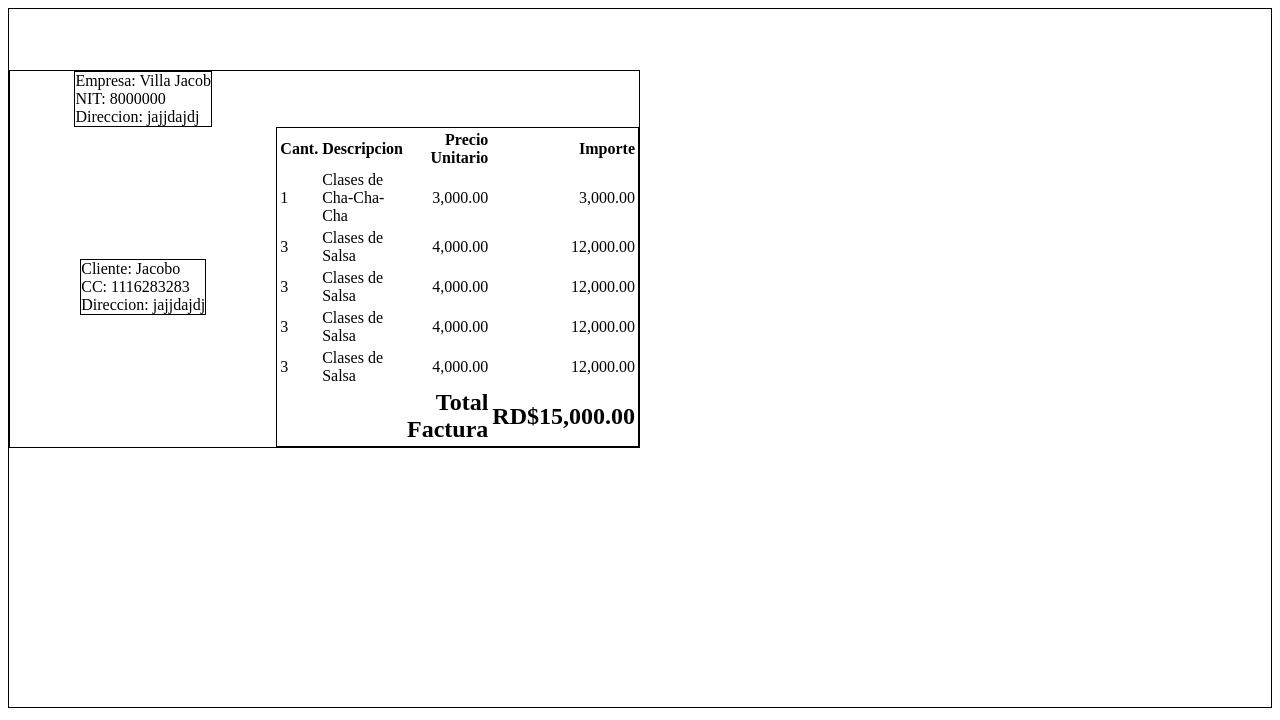
Repository: MrVanQish/FacturaEstructura
Page: index.html
These files come from the project's save history. The page is drawn as it stood at one moment and after the next save; the edit follows.
The browser window is 1280 px wide. The pictures show the whole page.

Above is the page before, as saved 2021-09-29 10:29:17.

### index.html
<!DOCTYPE html>
<html lang="en">
<head>
    <meta charset="UTF-8">
    <meta http-equiv="X-UA-Compatible" content="IE=edge">
    <meta name="viewport" content="width=device-width, initial-scale=1.0">
    <title>Document</title>
    <link rel="stylesheet" href="styles.css">
</head>
<body>

    <div class="wrapper">

        <div class="factura1">
                <div class="infoEmpresa-f">
                    Empresa: Villa Jacob
                    <br>
                    NIT: 8000000
                    <br>
                    Direccion: jajjdajdj
                </div>
                <div class="infoCliente-f">
                    Cliente: Jacobo
                    <br>
                    CC: 1116283283
                    <br>
                    Direccion: jajjdajdj
                </div>


                    <div class="items-f row my-5">
                        <table class="factura">
                          <thead>
                            <tr>
                              <th>Cant.</th>
                              <th>Descripcion</th>
                              <th>Precio Unitario</th>
                              <th>Importe</th>
                            </tr>
                          </thead>
                          <tbody>
                            <tr>
                              <td>1</td>
                              <td>Clases de Cha-Cha-Cha</td>
                              <td>3,000.00</td>
                              <td>3,000.00</td>
                            </tr>
                            <tr>
                              <td>3</td>
                              <td>Clases de Salsa</td>
                              <td>4,000.00</td>
                              <td>12,000.00</td>
                            </tr>
                            <tr>
                              <td>3</td>
                              <td>Clases de Salsa</td>
                              <td>4,000.00</td>
                              <td>12,000.00</td>
                            </tr>
                            <tr>
                              <td>3</td>
                              <td>Clases de Salsa</td>
                              <td>4,000.00</td>
                              <td>12,000.00</td>
                            </tr>
                            <tr>
                                <td>3</td>
                                <td>Clases de Salsa</td>
                                <td>4,000.00</td>
                                <td>12,000.00</td>
                              </tr>
                          </tbody>
                          <tfoot>
                            <tr>
                              <th></th>
                              <th></th>
                              <th>Total Factura</th>
                              <th>RD$15,000.00</th>
                            </tr>
                          </tfoot>
                        </table>
                        <div class="cond row"></div>
                      </div>

        </div>

    </div>









    </div>

</body>
</html>

### styles.css
@page {
    size: A4 landscape;
}

.factura {
  table-layout: fixed;
}

.factura > thead {
  border-top: solid 3px #000;
  border-bottom: 3px solid #000;
}

.factura > thead > tr > th:nth-child(2), .factura > tbod > tr > td:nth-child(2) {
  width: 300px;
}

.factura > thead > tr > th:nth-child(n+3) {
  text-align: right;
}

.factura > tbody > tr > td:nth-child(n+3) {
  text-align: right;
}

.factura > tfoot > tr > th, .factura > tfoot > tr > th:nth-child(n+3) {
  font-size: 24px;
  text-align: right;
}


.wrapper {
    height: 97vh;
    border: 1px solid #000;
    display: grid;
    grid-template-columns: 1fr 1fr;
    grid-template-rows: 500px;
    grid-template-areas:
      "f1 f2";
  }

  .factura1 {

    display: grid;
    grid-area: f1;
    align-self: center;
    justify-self: center;
    border: 1px solid #000;
    grid-template-columns: 1fr 1fr;
    grid-template-rows: 1fr;
    grid-template-areas:
      "infoEmpresa-f x"
      "infoCliente-f items-f"
  }


.infoEmpresa-f{

    grid-area: infoEmpresa-f;
    border: 1px solid #000;
    align-self: center;
    justify-self: center;

}

.infoCliente-f{
    grid-area: infoCliente-f;
    border: 1px solid #000;
    align-self: center;
    justify-self: center;
}

.items-f{
    grid-area: items-f;
    border: 1px solid #000;
    align-self: center;
    justify-self: center;
}

After the next save:
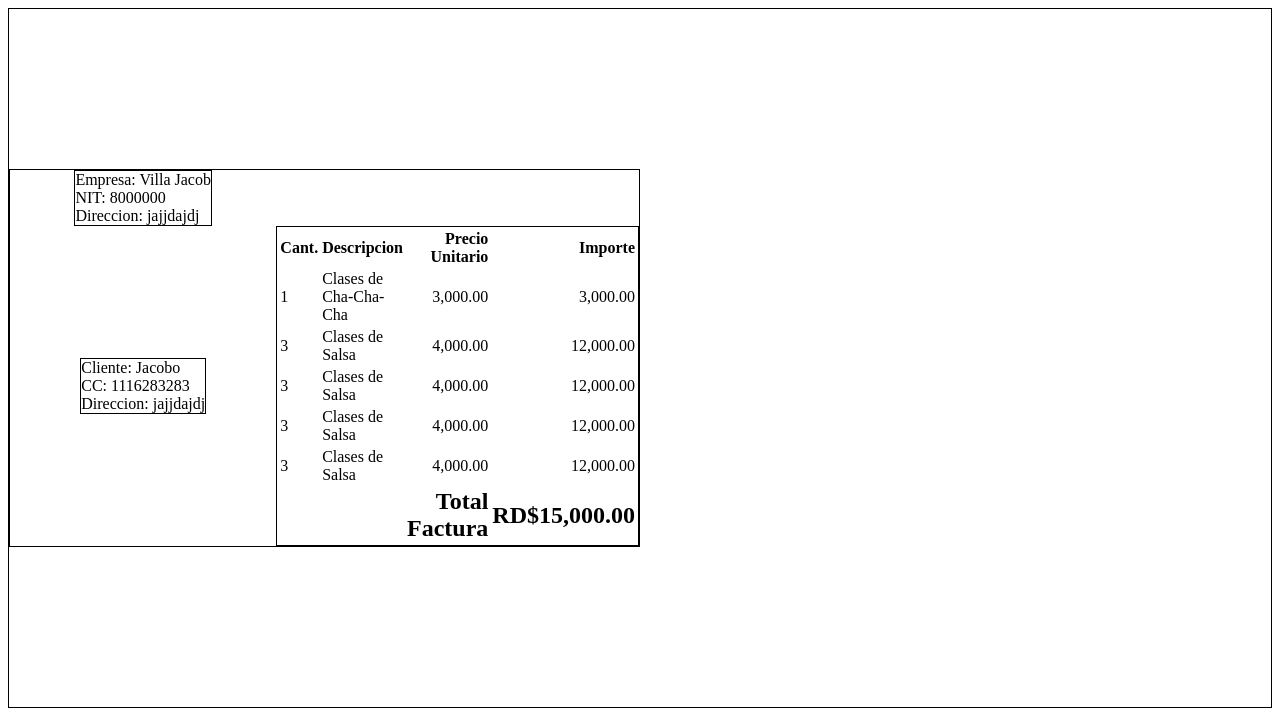
Saved 14 s later.
--- a/styles.css
+++ b/styles.css
@@ -34,7 +34,7 @@
     border: 1px solid #000;
     display: grid;
     grid-template-columns: 1fr 1fr;
-    grid-template-rows: 500px;
+    grid-template-rows: auto;
     grid-template-areas:
       "f1 f2";
   }

After the save that followed:
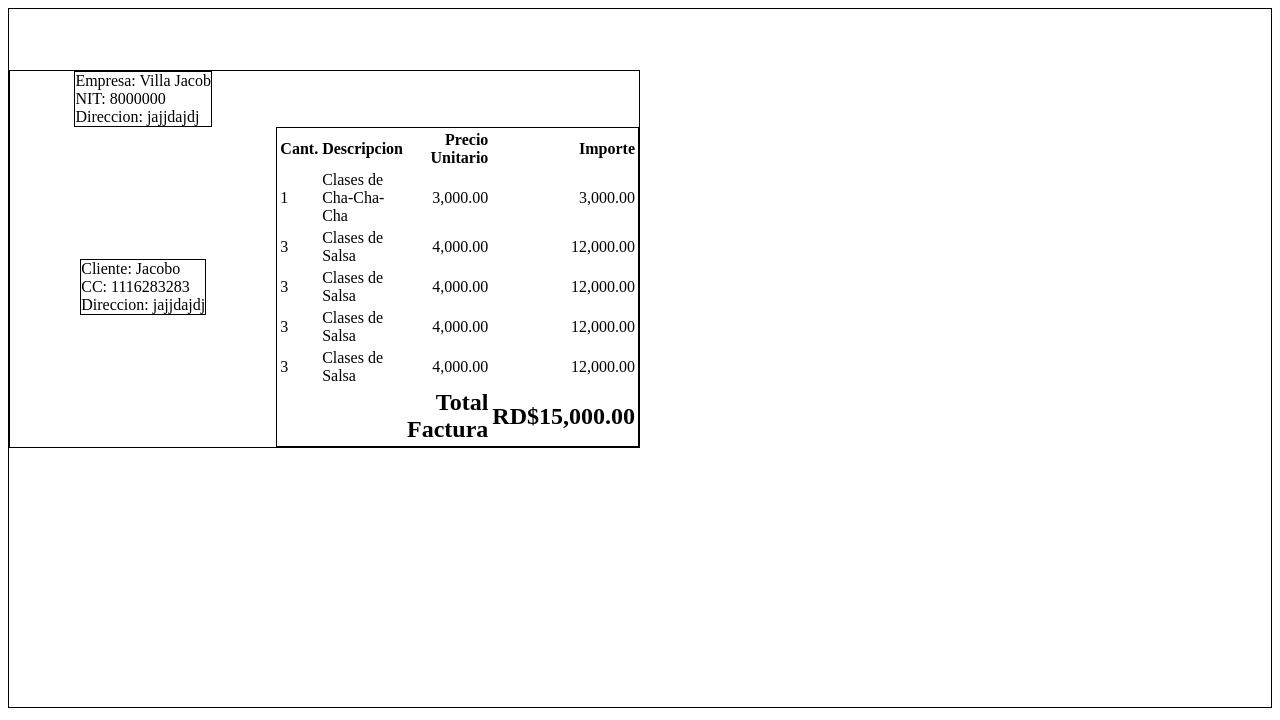
Saved 9 s later.
--- a/styles.css
+++ b/styles.css
@@ -34,7 +34,7 @@
     border: 1px solid #000;
     display: grid;
     grid-template-columns: 1fr 1fr;
-    grid-template-rows: auto;
+    grid-template-rows: 500px;
     grid-template-areas:
       "f1 f2";
   }
